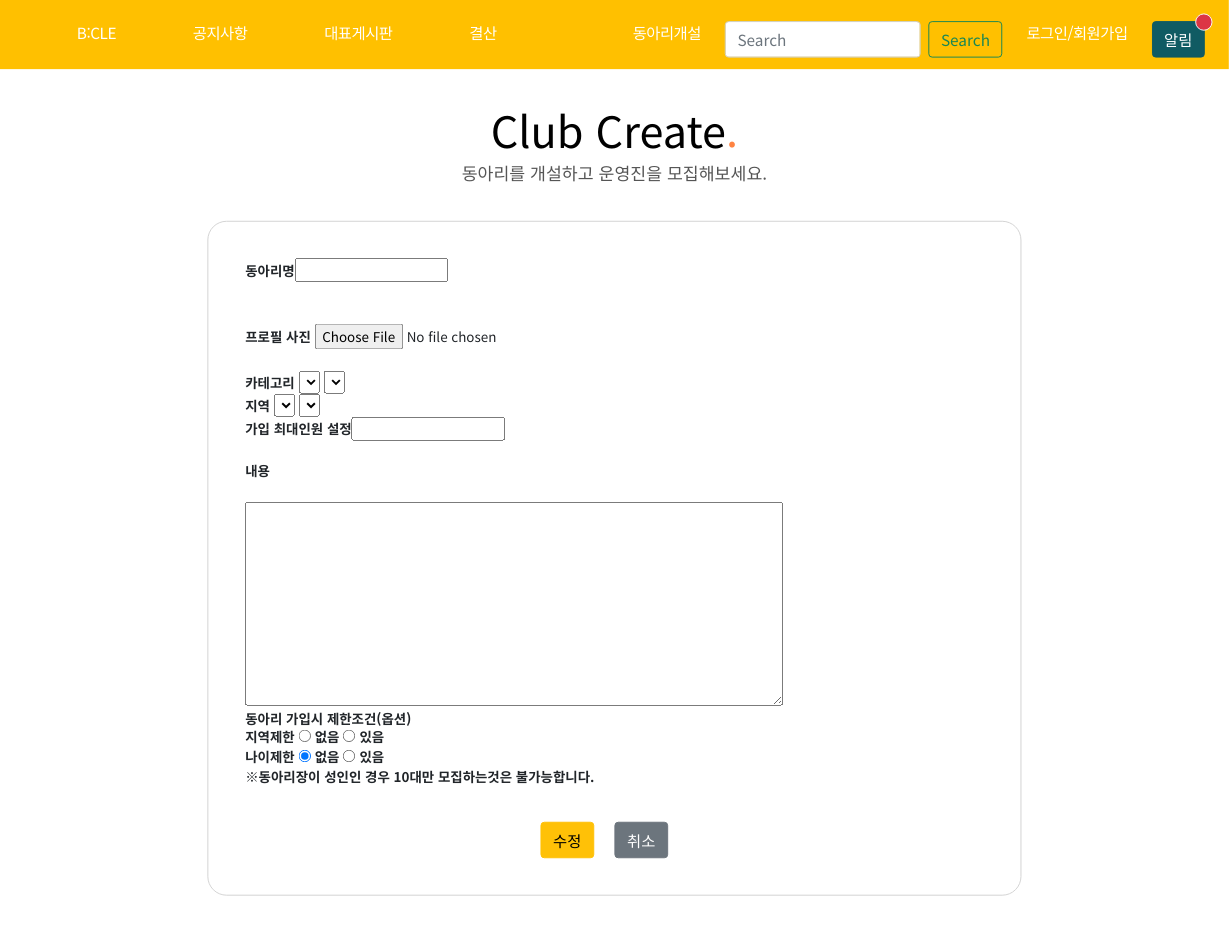
Repository: CHAEYUN7074/SpringProject
Page: http://localhost/viewpages/WEB-INF/view/PreClubUpdateForm.jsp
An editor plug-in stored every save of this project. The page is shown before and after the next save, followed by the edit.
The browser window is 1280 px wide. The pictures show the whole page, at 96% of full size.
Some web fonts or font styles are not loaded; a fallback is used. The page is served by Tomcat 9. Nobody is signed in. Other server files are loaded and not shown. The template is opened directly, without the code that normally fills it, so the values that code supplies are empty.

Above is the page before, as saved 2021-12-27 16:32:38.

### viewpages/WebContent/WEB-INF/view/PreClubUpdateForm.jsp
<%@ page contentType="text/html; charset=UTF-8"%>
<%@ taglib prefix="c" uri="http://java.sun.com/jsp/jstl/core"%>
<%
   request.setCharacterEncoding("UTF-8");
String cp = request.getContextPath();
%>
<!DOCTYPE html>
<html>
<head>
<meta charset="UTF-8">
<title>PreClubUpdateForm.jsp</title>
<style type="text/css">
@import
   url('https://fonts.googleapis.com/css?family=Exo+2|Noto+Sans+KR&display=swap')
   ;

.list-title{margin-top : 5vh;}
section .name {color: #000; text-align: center;}
section .name h2 {font-size: 45px; margin-bottom: 5px; font-weight: normal;}
section .name h2 span {color:#ff8342; }
section .name p {font-size: 18px; color: #555;}


#contents {
   margin : 5vh 30vh 5vh 30vh;
   padding : 3%;
   border : 1px solid lightgray;
   border-radius : 20px;
   font-family: 'Noto Sans KR', sans-serif;
   font-weight:bold;
}
#contents p {margin-bottom : 3vh;}

.button_set {display : flex; margin-left : 40%; margin-top : 5vh;}
.button_set button {margin-right : 3vh;}



</style>


<script type="text/javascript" src="http://code.jquery.com/jquery.min.js"></script>
<script type="text/javascript" src="<%=cp%>/js/jquery-ui.js"></script>
<script type="text/javascript" src="<%=cp%>/js/ajax.js"></script>
<script type="text/javascript">

   $(document).ready(function()
   {
      //카테고리 대분류(category_L_Id)가 변경되었을 경우 수행해야 할 코드 처리
      $("#category_L_Id").change(function()
      {
         //lert($("#category_L_Id").val());

         // Ajax 요청 및 응답 처리
         $.ajax(
         {
            type : "POST"
            ,url : "ajaxcategory.action"
            ,data : {category_L_Id : $("#category_L_Id").val()}
            ,dataType : "json" //{key : vlaue}
            ,success : function(result)
            {
               $("#category_S_Id").children().remove();
               $("#category_S_Id").append("<option value=\"\">선택</option>");

               for(var i=0; i<result.length; i++)
               {
                  $("#category_S_Id").append("<option value=\""+result[i].category_s_id+"\">"+result[i].s_cat+"</option>");
               }
            }
            ,error : function(e)
            {
               alert(e.responseText);
            }
         });
      });

      $("#region_L_Id").change(function()
      {
         //alert('변경');
         //alert($("#region_L_Id").val());

         var category_s_id = '${preopen.category_s_id}';

         $.ajax(
         {
            type : "POST"
            ,url : "ajaxregion.action"
            ,data : {region_L_Id : $("#region_L_Id").val()}
            ,dataType : "json"
            ,success : function(result)
            {
               //alert(result);
               $("#region_S_Id").children().remove();
               $("#region_S_Id").append("<option value=\"\">선택</option>");

               for(var i=0; i<result.length; i++)
               {
                  $("#region_S_Id").append("<option value=\""+result[i].region_s_id+"\">"+result[i].local+"</option>");
               }
            }
            ,error : function(e)
            {
               alert(e.responseText);
            }

          });

      });

   });
      //동아리명 중복 검사

    $(document).ready(function()
   {

      $('.title').focusout(function()  //focusout
      {
         let userTitle = $('.title').val();

         $.ajax({
            url : "checktitle.action" // ①컨트롤러로~
            , type : "POST"
            , data : {userTitle : userTitle}
            , dataType : "json"
            , success : function(result) //Check title에서 여기로 왔다.
            {
               if(result.title == 0){
                  $("#checkTitle").html('이미 동일한 이름의 동아리가 존재합니다.');
                  $("#checkTitle").css('color', 'red');
                  $('#title').val(''); //중복된 내용삭제

               }
               else
               {

                  $("#checkTitle").html('사용할 수 있는 동아리 이름입니다.');
                  $("#checkTitle").css('color', 'green');
               }
            }
            , error : function(e)
            {
               alert(e.responseText); //에러사항 보여주기
            }
         })
      })
   });



 //각 상황별 alert 창 → required로 했는데 클리어하지가 않아서, 각 상황에 맞게 알림창을 띄우기로했다.
   $(document).ready(function()
   {
      $("#submitBtn").click(function()
      {
          if ($.trim($("#title").val()).length == 0)
         {
            alert("동아리명을 입력하세요.");
            $("#title").focus();
            return;
         }

         if ($("#category_L_Id").val() == "")
         {
            alert("카테고리를 선택해주세요");
            $("#category_L_Id").focus();
            return;
         }
         if ($("#category_S_Id").val()== "")
         {
            alert("카테고리를 선택해주세요");
            $("#category_S_Id").focus();
            return;
         }
         if ($("#region_L_Id").val()== "")
         {
            alert("지역을 선택해주세요");
            $("#region_L_Id").focus();
            return;
         }
         if ($("#region_S_ID").val()== "")
         {
            alert("지역을 선택해주세요");
            $("#region_S_ID").focus();
            return;
         }
         if ($("#max").val().length == 0)
         {
            alert("최대 인원을 입력하세요");
            $("#max").focus();
            return;
         }

          if ($("#content").val().length == 0) // 내용 입력하라는 에러 , div id가 content여서
          {
             alert("내용을 입력하세요");
             $("#content").focus();
             return;
          }

         $("#updateForm").submit();
      });
   });

</script>


</head>
<body>

   <div class="wrap">
      <!-- 네브 영역 -->
      <div>
         <c:import url="nav.jsp"></c:import>
      </div>
     <!--
     HttpSession session = request.getSession();
     session.setAttribute("id", id);
       -->
      <!-- 콘텐츠 영역 -->

         <section class="list-title">
         <div class="name">
            <h2>Club Create<span>.</span></h2>
            <p>동아리를 개설하고 운영진을 모집해보세요.</p>
         </div>
      </section>

      <div id="contents">
         <div>
            <form action="preclubupdate.action" method="post" id="updateForm" enctype="multipart/form-data">
               <div>
                  <input type="text" name="cid" value="${preopen.cid}" style="display: none;"> <!-- cid 안보이게 삽입 -->
                  <p>
                  동아리명<input type="text" name="title" id="title" class="title" maxlength='20'  value="${preopen.title }">
                  </p>
                  <span id="checkTitle" style="font-size: small;"></span><br>

                  프로필 사진
                  <input type="file" name="url" id="url" value="${preopen.url }">
                  <p>
                  <!--
                     동아리장<input type="text" name="nickname" id="nickname"
                        placeholder="로그인 상태인 사람 여기에 자동 닉네임 뿌려주기" disabled="disabled">
                     개설예정일<input
                        type="text" name="preopendate" id="preopendate"
                        placeholder="자동입력" disabled="disabled">
                         -->
                  </p>
                  <div>
                     카테고리
                     <select id="category_L_Id" name="category_L_Id">
                        <c:forEach var="category" items="${categoryLList }">
                            <option value="${category.category_l_id}"
                            ${preopen.category_l_id == category.category_l_id ? "selected=\"selected\"" : "" }
                             >${category.l_cat}</option>
                        </c:forEach>
                     </select>
                     <select id="category_S_Id" name="category_S_Id">
                        <option value="${preopen.category_s_id}" selected="selected">${preopen.s_cat}</option>
                     </select>
                  </div>


                  <div>

                     지역
                     <select id="region_L_Id" name="region_L_Id">
                        <c:forEach var="region" items="${regionLList }">
                            <option value="${region.region_l_id}"
                            ${preopen.region_l_id == region.region_l_id ? "selected=\"selected\"" : "" }
                             >${region.city}</option>
                        </c:forEach>
                     </select>
                     <select id="region_S_Id" name="region_S_Id">
                        <option value="${preopen.region_s_id}" selected="selected">${preopen.local}</option>
                     </select>
                  </div>

                  <p>
                     가입 최대인원 설정<input type="text" id="max" name="max"  value="${preopen.max}">
                  </p>
                  <div>
                     <p>내용</p>
                     <textarea rows="10" cols="70" id="content" name="content" maxlength='100'>${preopen.content}</textarea>
                  </div>
                  <div>
                     <%-- <c:import url="beePicCreated.jsp"></c:import> --%>
                  </div>

                  <div>
                     <h5>동아리 가입시 제한조건(옵션)</h5>

                     <div>
                        지역제한
                        <input type="radio" name="regionlimit" value="X" id="regionlimitX"
                        ${preopen.limit_id == 'X' ? "checked=\"checked\"" : "" }>
                        <label for="regionlimitX">없음</label>
                        <input type="radio" name="regionlimit" id="regionlimitO" value="O"
                        ${preopen.limit_id == 'O' ? "checked=\"checked\"" : "" } >
                        <label for="regionlimitO">있음</label>
                        <br>
                        나이제한
                        <input type="radio" name="agelimit" id="agelimitX" value="X" checked="checked">
                        <label for="agelimitX">없음</label>
                        <input type="radio" name="agelimit" id="agelimitO"  value="O">
                        <label for="agelimitO">있음</label>
                        <br>※동아리장이 성인인 경우 10대만 모집하는것은 불가능합니다.
                     </div>

                      <div class ="button_set">
                        <button type="button" class="btn btn-warning" id="submitBtn">수정</button>
                        <button type="button" class="btn btn-secondary"  id="cancleBtn" onclick="location.href='mainpage.action'">취소</button>
                     </div>

                  </div>

               </div>
            </form>
         </div>
      </div>

   </div>




</body>
<script type="text/javascript">


</script>
</html>

### viewpages/WebContent/WEB-INF/view/nav.jsp
<%@ page contentType="text/html; charset=UTF-8"%>
<%@ taglib prefix="c" uri="http://java.sun.com/jsp/jstl/core"%>
<%
   request.setCharacterEncoding("UTF-8");
String cp = request.getContextPath();
%>
<!DOCTYPE html>
<html lang="ko">
<head>
<meta charset="UTF-8">
<meta name="viewport" content="width=device-width, initial-scale=1">
<title>B:CLE</title>
<!-- <link rel="stylesheet" href="css/main.css"> -->
<link rel="stylesheet" href="css/font-awesome.min.css">
<link
   href="https://cdn.jsdelivr.net/npm/bootstrap@5.1.3/dist/css/bootstrap.min.css"
   rel="stylesheet"
   integrity="sha384-1BmE4kWBq78iYhFldvKuhfTAU6auU8tT94WrHftjDbrCEXSU1oBoqyl2QvZ6jIW3"
   crossorigin="anonymous">

<style>
@import
   url('https://fonts.googleapis.com/css?family=Exo+2|Noto+Sans+KR&display=swap')
   ;
/*reset*/
* {
   margin: 0;
   padding: 0;
}
body {
   margin: 0;
}
h1, h2, h3, h4, h5, h6, p, ul, ol, li, dl, dt, dd {
   margin: 0;
   padding: 0;
}
h1, h2, h3, h4, h5, h6 {
   font-weight: 700;
   font-size: inherit;
}
a {
   color: inherit;
   text-decoration: inherit;
}
img {
   vertical-align: middle;
}
a img {
   border: none;
}
li {
   list-style: none;
}
address, em, i, ul {
   font-style: normal;
}
.mo {
   display: none;
}
body {
   font-family: 'Noto Sans KR', sans-serif;
   font-size: 14px;
}
header {
   font-family: 'Noto Sans KR', sans-serif;
   letter-spacing: -0.5px;
   background: rgb(255, 192, 0);
   color: white;
   height: 10vh;
   width: 100%;
   position: relative;
   margin-top: -20px;
}
.mainHeader {
   width: 100%;
   margin-top: 20px;
   box-sizing: border-box;
   vertical-align: center;
}
.mainHeader .gnbMo {
   display: none;
}
.mainHeader .gnb {
   float: left;
   margin-left: 80px;
   margin-top: 3vh;
}
.mainHeader .gnb li {
   float: left;
   margin-right: 80px;
}
.mainHeader .gnb li a {
   display: block;
   width: 100%;
   text-align: center;
   color: #fff;
   font-size: 16px;
   text-decoration-line: none;
}
.mainHeader .gnb li a:hover, .mainHeader .gnb li a:focus {
   color: #ff8342;
}
.mainHeader .tnb {
   float: right;
   margin-top: 3vh;
}
.mainHeader .tnb li {
   float: left;
   margin-right: 25px;
}
.mainHeader .tnb li a {
   display: block;
   width: 100%;
   text-align: center;
   font-size: 16px;
   color: #fff;
   text-decoration-line: none;
}
.mainHeader .tnb li:nth-child(1) a i, .mainHeader .tnb li:nth-child(2) a i
   {
   font-size: 20px;
   margin-right: 8px;
}
.mainHeader .tnb li:last-child a {
   display: block;
   width: 105px;
   line-height: 2;
   border: 1px solid #fff;
   border-radius: 30px;
   margin-top: 35px;
}
.mainHeader .tnb li:last-child a i {
   margin-left: 5px;
}
.mainHeader .tnb li:last-child a:hover {
   background: #fff;
   color: #ff8342;
   transition: all 0.3s;
}
.btn-primary {
    color: #fff;
    background-color: #105b63;
    border-color: #105b63;
}


.box {
    width: 30px;
    height: 30px;
    border-radius: 70%;
    overflow: hidden;
}
.profile {
    width: 100%;
    height: 100%;
    object-fit: cover;
}

</style>


</head>
<body>

   <c:choose>
      <c:when test="${!empty id }">
         <header>
            <div class="mainHeader">
               <nav class="gnb">
                  <ul>
                     <li><a href="mainpage.action">B:CLE</a></li>
                     <li><a href="mainnoticelist.action">공지사항</a></li>
                     <li><a href="mainfreeboardlist.action">대표게시판</a></li>
                     <li><a href="mainaccount.action">결산</a></li>
                  </ul>
               </nav>
               <nav class="tnb">
                  <ul>

                     <li><a href="clubinsertform.action">동아리개설</a></li>

                     <li>
                        <form class="d-flex">
                           <input class="form-control me-2" type="search"
                              placeholder="Search" aria-label="Search">
                           <button class="btn btn-outline-success" type="submit">Search</button>
                        </form>
                     </li>



                     <!-- 값을 넘겨보려 시도했는데 실패...ㅠ 다시 해볼게요 - 현정 -->
                     <li><a href="#">마이페이지</a></li>
                     <li><a href="logout.action"></i>로그아웃</a></li>
                         <li><button type="button"
                              class="btn btn-primary position-relative">
                              알림 <span
                                 class="position-absolute top-0 start-100 translate-middle p-2 bg-danger border border-light rounded-circle">
                                 <span class="visually-hidden">New alerts</span>
                              </span>
                             </button></li>
                  </ul>
               </nav>
               <nav class="gnbMo">
                  <a href="#"><i class="fa fa-bars" aria-hidden="true"></i></a>
               </nav>
            </div>
         </header>
      </c:when>
      <c:otherwise>
         <header>
            <div class="mainHeader">
               <nav class="gnb">
                  <ul>
                     <li><a href="mainpage.action">B:CLE</a></li>
                     <li><a href="mainnoticelist.action">공지사항</a></li>
                     <li><a href="mainfreeboardlist.action">대표게시판</a></li>
                     <li><a href="mainaccount.action">결산</a></li>
                  </ul>
               </nav>
               <nav class="tnb">
                  <ul>

                     <li><a href="#">동아리개설</a></li>

                     <li>
                        <form class="d-flex">
                           <input class="form-control me-2" type="search"
                              placeholder="Search" aria-label="Search">
                           <button class="btn btn-outline-success" type="submit">Search</button>
                        </form>
                     </li>




                     <li><a href="loginpage.action"></i>로그인/회원가입</a></li>
                     <li><button type="button"
                           class="btn btn-primary position-relative">
                           알림 <span
                              class="position-absolute top-0 start-100 translate-middle p-2 bg-danger border border-light rounded-circle">
                              <span class="visually-hidden">New alerts</span>
                           </span>
                        </button></li>
                  </ul>
               </nav>
               <nav class="gnbMo">
                  <a href="#"><i class="fa fa-bars" aria-hidden="true"></i></a>
               </nav>
            </div>
         </header>
      </c:otherwise>
   </c:choose>
   <!--header-->




</body>
</html>

<!-- 검색부분에 쓸 부트스트랩 -->
<!--       <form class="d-flex">
        <input class="form-control me-2" type="search" placeholder="Search" aria-label="Search">
        <button class="btn btn-outline-success" type="submit">Search</button>
      </form> -->

### viewpages/WebContent/js/ajax.js
/**
 * ajax.js
 */


var ajax = null;

// AJAX 객체(XMLHttpRequest 객체) 생성 함수
function createAjax()
{
	/*
	// ActiveXObject 를 지원하는 브라우저라면...
	if (window.ActiveXObject)			//-- IE 7 이전
	{
		return new ActiveXObject("Msxml2.XMLHTTP");
		//-- 이와 같은 방식으로 XMLHttpRequest 객체를 생성해서 반환하라.
		//   (ActiveXObject 객체 → XMLHttpRequest 객체의 대리 객체)
	}
	else								//-- 그 외 브라우저
	{
		if(window.XMLHttpRequest)		//-- XMLHttpRequest 지원 브라우저
		{
			return new XMLHttpRequest();
			//-- 이와 같은 방식으로 XMLHttpRequest 객체를 생성해서 반환하라.
		}
		else							//-- AJAX 를 지원하지 않는 브라우저
		{
			return null;
		}
	}
	*/

	// 위와 의미 같음. 논리적 순서로 정리한 것.
	if (window.XMLHttpRequest)
	{
		return new XMLHttpRequest();
	}
	else if (window.ActiveXObject)
	{
		//return new ActiveXObject("Msxml2.XMLHTTP");
		return new ActiveXObject("Microsoft.XMLHTTP");
	}
	else
	{
		return null;
	}
}

Loaded but not shown: viewpages/WebContent/js/jquery-ui.js (library)

After the next save:
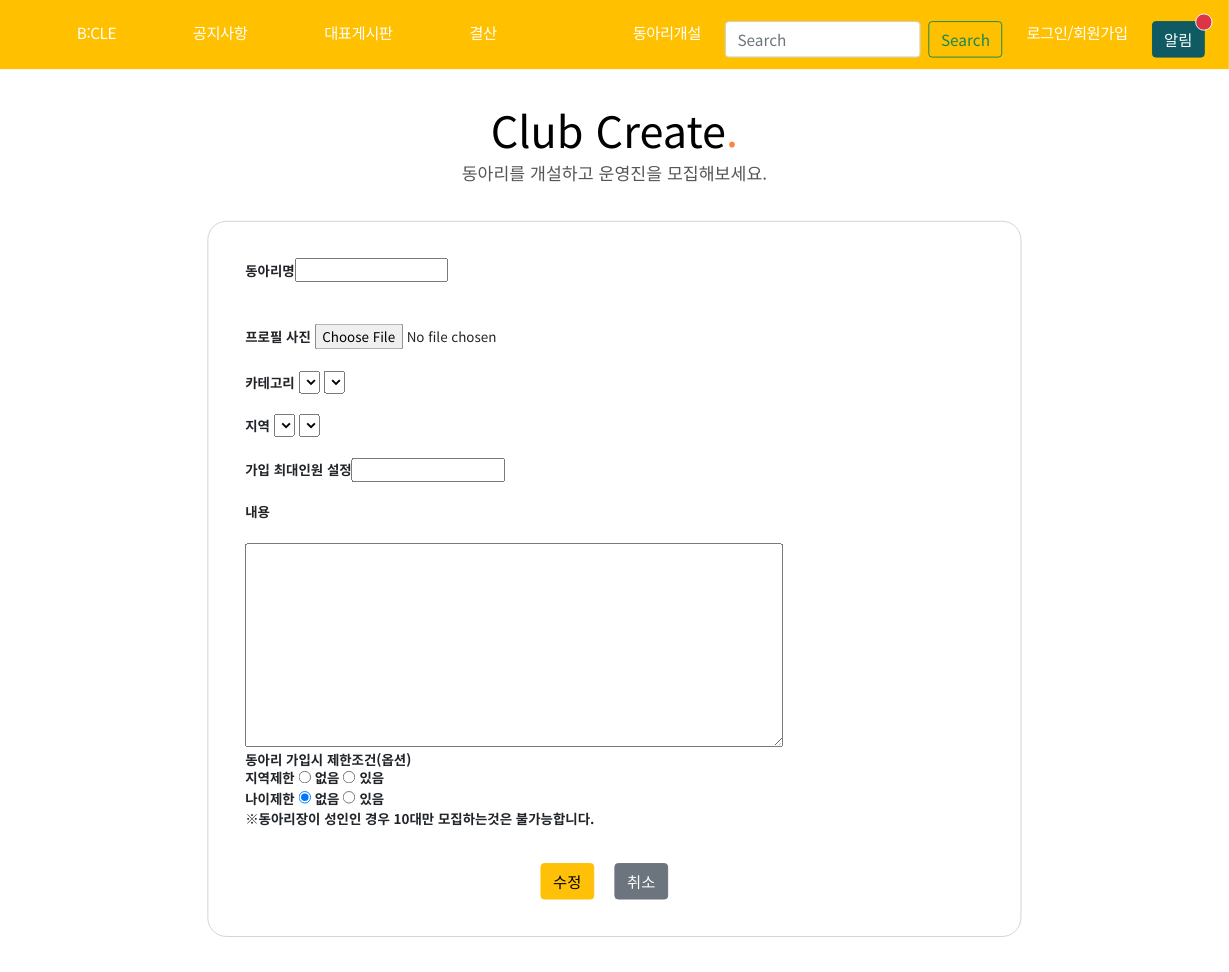
Saved 2 min 13 s later.
--- a/viewpages/WebContent/WEB-INF/view/PreClubUpdateForm.jsp
+++ b/viewpages/WebContent/WEB-INF/view/PreClubUpdateForm.jsp
@@ -247,7 +247,7 @@ section .name p {font-size: 18px; color: #555;}
                         placeholder="자동입력" disabled="disabled">
                          -->
                   </p>
-                  <div>
+                  <p>
                      카테고리
                      <select id="category_L_Id" name="category_L_Id">
                         <c:forEach var="category" items="${categoryLList }">
@@ -259,10 +259,10 @@ section .name p {font-size: 18px; color: #555;}
                      <select id="category_S_Id" name="category_S_Id">
                         <option value="${preopen.category_s_id}" selected="selected">${preopen.s_cat}</option>
                      </select>
-                  </div>
-
-
-                  <div>
+                  </p>
+
+
+                  <p>
 
                      지역
                      <select id="region_L_Id" name="region_L_Id">
@@ -275,7 +275,7 @@ section .name p {font-size: 18px; color: #555;}
                      <select id="region_S_Id" name="region_S_Id">
                         <option value="${preopen.region_s_id}" selected="selected">${preopen.local}</option>
                      </select>
-                  </div>
+                  </p>
 
                   <p>
                      가입 최대인원 설정<input type="text" id="max" name="max"  value="${preopen.max}">
